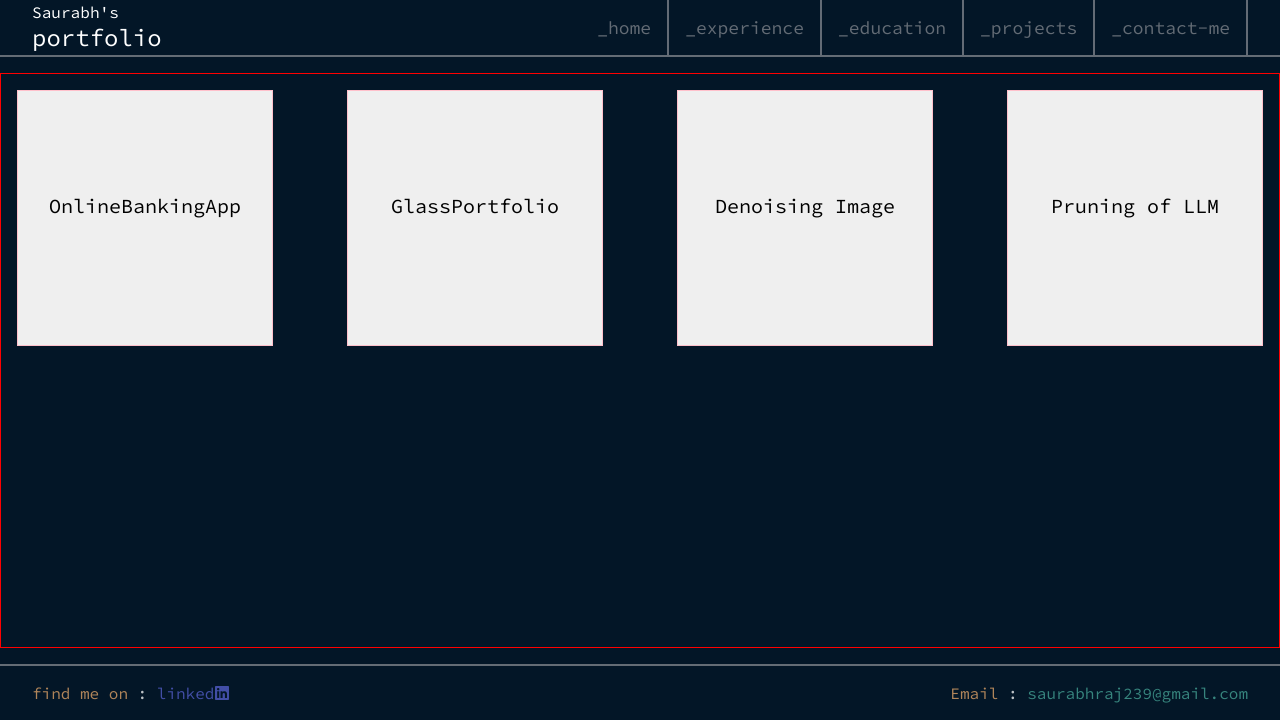
Repository: saurabhraj23/FrontendReactPortfolio
Page: /projects
The author's editor kept a copy of each file at every save. The page is drawn from the files as they stood at one save, then again after a run of saves.
The browser window is 1280 px wide. The pictures show the whole page.
The project was rebuilt for these pictures with package versions that can differ from the ones it lists, and the page was loaded fresh each time. Also part of the build but not shown: vite.config.js, src/components/Education.jsx, src/components/Experience.jsx, src/components/Contacts.jsx, src/styles/default-page.css, src/components/DefaultPage.jsx.

Above is the page before, as saved 2024-07-22 23:54:44.

After the next 2 saves:
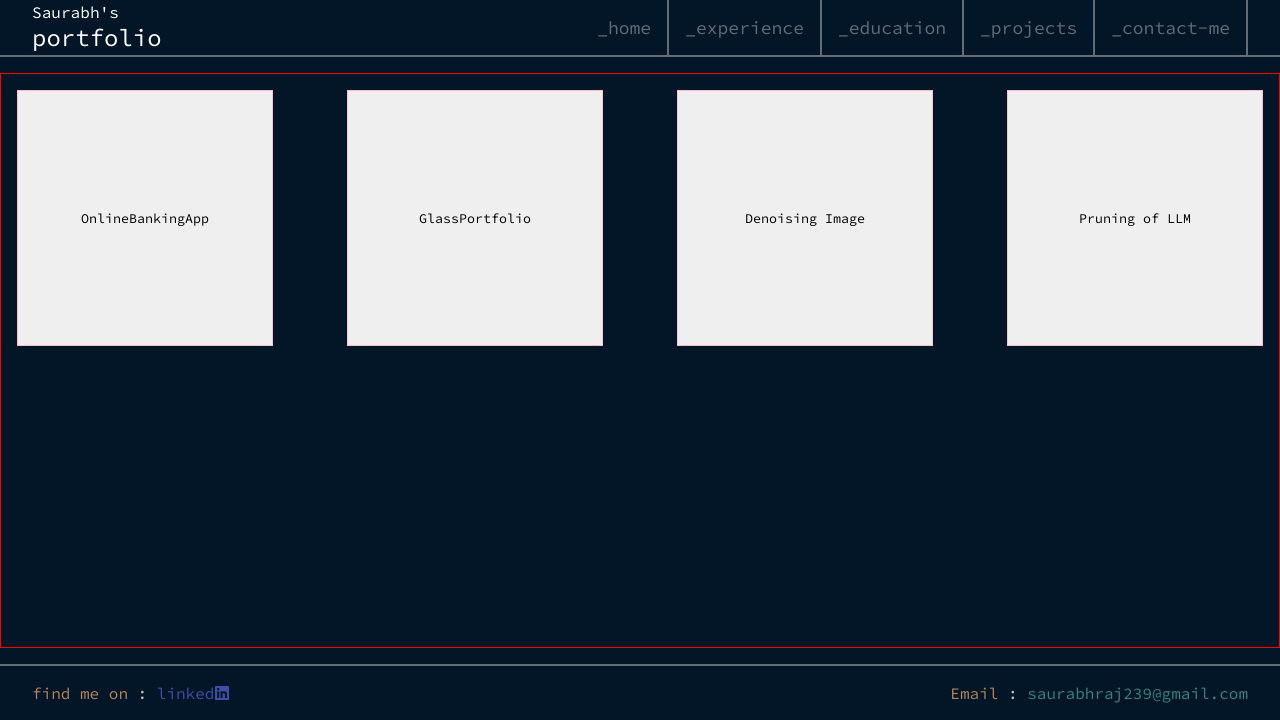
The 2 saves are shown as one change because 1 did not build or start.
The last was saved 45 s later.
--- a/src/components/Projects.jsx
+++ b/src/components/Projects.jsx
@@ -11,16 +11,16 @@ function Projects() {
       <div className="projects-left-side"></div>
       <div className="projects-right-side">
         <button onClick={handleItem} className="project-item">
-          <h2>OnlineBankingApp</h2>
+          OnlineBankingApp
         </button>
         <button onClick={handleItem} className="project-item">
-          <h2>GlassPortfolio</h2>
+          GlassPortfolio
         </button>
         <button onClick={handleItem} className="project-item">
-          <h2>Denoising Image</h2>
+          Denoising Image
         </button>
         <button onClick={handleItem} className="project-item">
-          <h2>Pruning of LLM</h2>
+          Pruning of LLM
         </button>
       </div>
     </>
